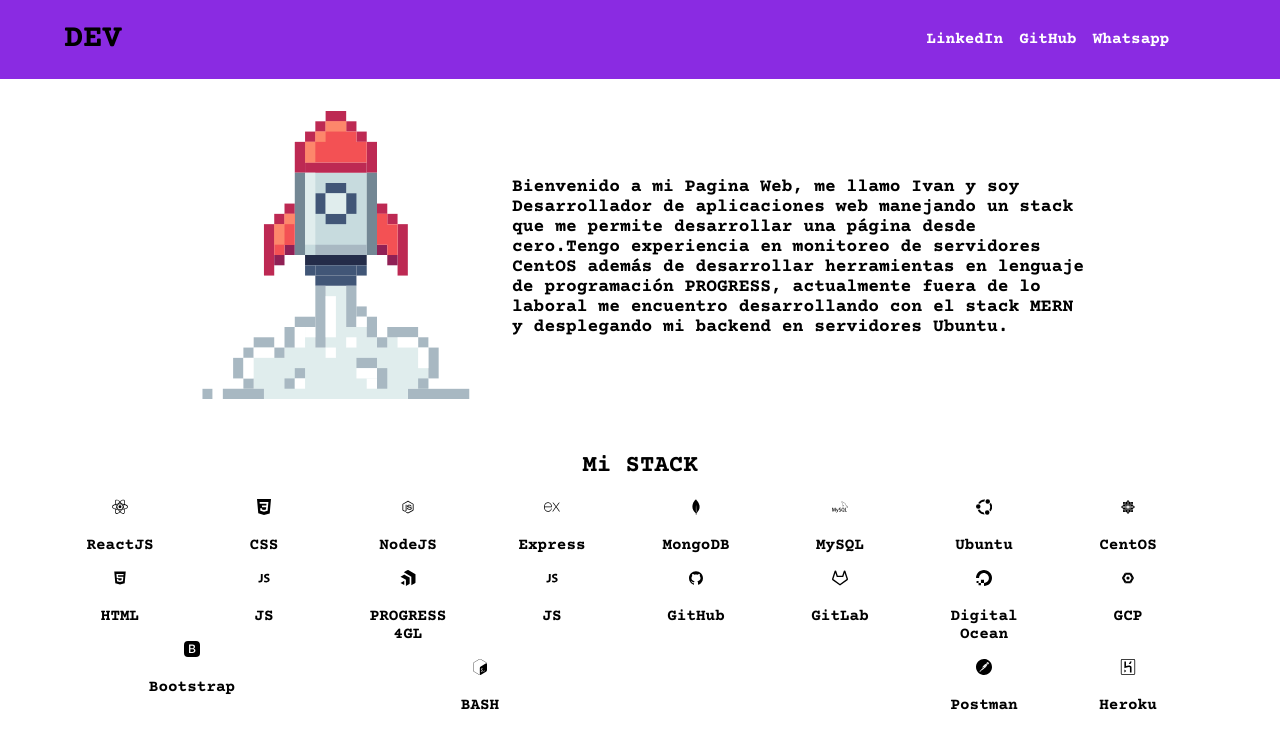
Repository: FxIvan/myweb
Page: /
The author's editor kept a copy of each file at every save. The page is drawn from the files as they stood at one save, then again after the next save.
The browser window is 1280 px wide. The pictures show the whole page.
The project was rebuilt for these pictures with package versions that can differ from the ones it lists, and the page was loaded fresh each time.

Above is the page before, as saved 2022-11-03 12:43:07.

After the next save:
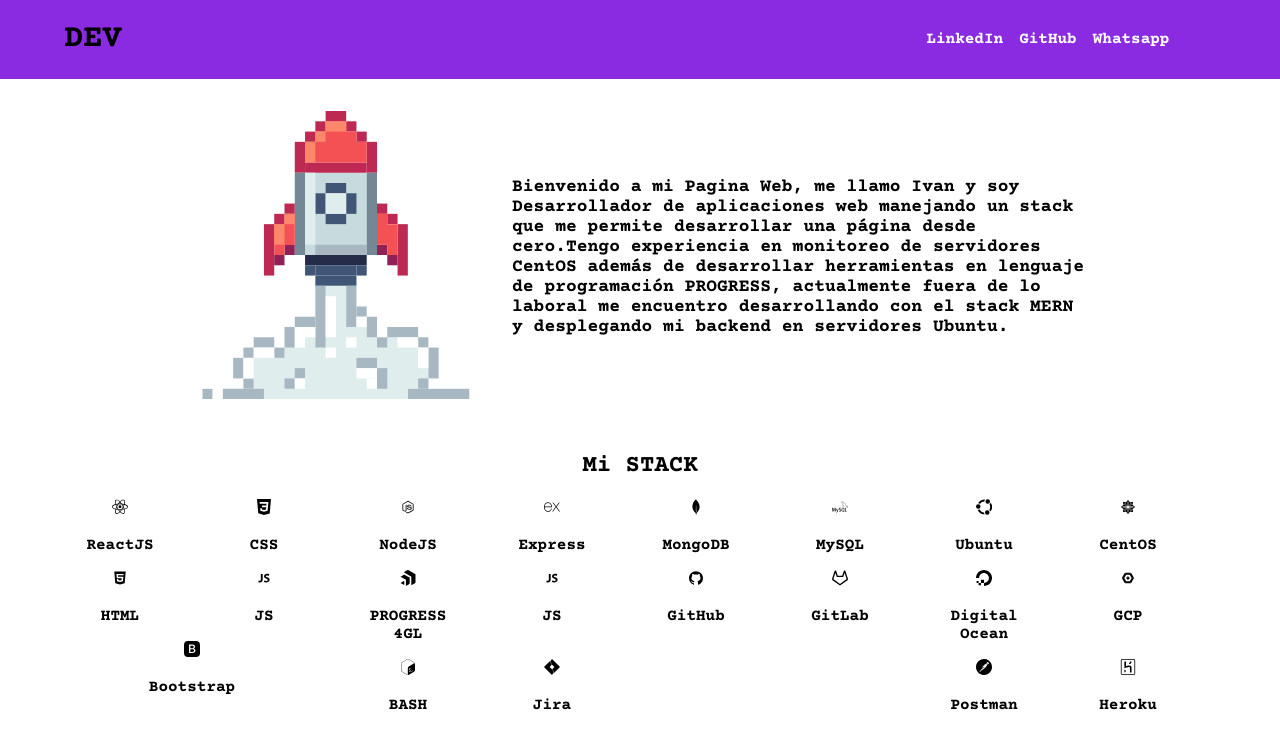
Saved 32 s later.
--- a/src/component/stack/stack.js
+++ b/src/component/stack/stack.js
@@ -88,6 +88,11 @@
                                         <SiGnubash/>
                                         <p>BASH</p>
                                     </div>
+                                    <div className='icon-stack-6'>
+                                        <SiJirasoftware/>
+                                        <p>Jira</p>
+                                    </div>
+
                                 </div>
                             </div>
                         </div>
